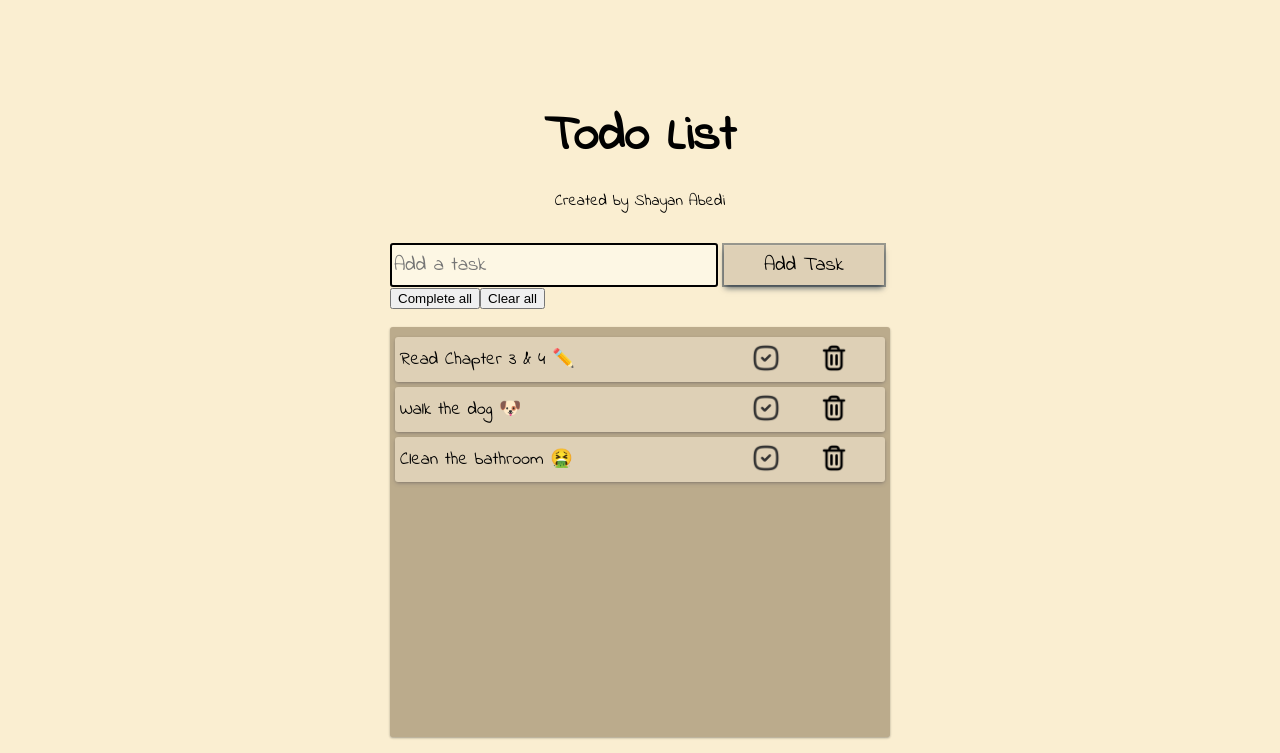
Repository: shayanabedi98/todo-list
Page: /
These files come from the project's save history. The page is drawn as it stood at one moment and after the next save; the edit follows.
The browser window is 1280 px wide. The pictures show the whole page.
The project was rebuilt for these pictures with package versions that can differ from the ones it lists, and the page was loaded fresh each time. Also part of the build but not shown: vite.config.js.

Above is the page before, as saved 2023-12-30 17:06:48.

### index.html
<!doctype html>
<html lang="en">
  <head>
    <meta charset="UTF-8" />
    <link rel="icon" type="image/svg+xml" href="./src/assets/pencil-svgrepo-com.png" />
    <meta name="viewport" content="width=device-width, initial-scale=1.0" />
    <link rel="preconnect" href="https://fonts.googleapis.com">
    <link rel="preconnect" href="https://fonts.gstatic.com" crossorigin>
    <link href="https://fonts.googleapis.com/css2?family=Indie+Flower&display=swap" rel="stylesheet">
    <title>Todo List</title>
  </head>
  <body>
    <div id="root"></div>
    <script type="module" src="/src/main.jsx"></script>
  </body>
</html>

### src/App.jsx
import { useState } from "react";
import { v4 as uuid } from "uuid";
import TodoList from "./TodoList";
import CreateTask from "./CreateTask";
import AffectAll from "./AffectAll";

function App() {
  const [list, setList] = useState([
    { id: uuid(), text: "Read Chapter 3 & 4 ✏️", completed: false },
    { id: uuid(), text: "Walk the dog 🐶", completed: false },
    { id: uuid(), text: "Clean the bathroom 🤮", completed: false },
  ]);
  const [input, setInput] = useState("");

  const addTask = () => {
    if (input.trim() !== "") {
      setList([...list, { id: uuid(), text: input, completed: false }]);
      setInput("");
    }
  };

  const handleChange = (event) => {
    setInput(event.target.value);
  };

  const handleDelete = (taskID) => {
    const newList = list.filter((task) => {
      return task.id !== taskID;
    });
    setList(newList);
  };

  const handleComplete = (taskID) => {
    const newList = list.map((task) => {
      if (task.id === taskID) {
        return { ...task, completed: !task.completed };
      } else {
        return task;
      }
    });
    setList(newList);
  };

  const clearAll = () => {
    setList([]);
  };

  const completeAll = () => {
    const isItCompleted = list.some((task) => !task.completed);
    const newList = list.map((task) => ({ ...task, completed: isItCompleted }));
    setList(newList)
  };

  return (
    <>
      <h1>Todo List</h1>
      <p>Created by Shayan Abedi</p>
      <CreateTask handleChange={handleChange} input={input} addTask={addTask} />
      <AffectAll clearAll={clearAll} completeAll={completeAll} />
      <TodoList
        list={list}
        handleDelete={handleDelete}
        handleComplete={handleComplete}
      />
    </>
  );
}

export default App;

### src/index.css
body {
  background-color: #FAEED1;
  font-family: 'Indie Flower', cursive;
}

h1 {
  font-size: 50px;
  margin-top: 100px;
  margin-bottom: 0;
  text-align: center;
}

.create-task {
  display: grid;
  place-items: center;
  align-content: center;
  grid-template-columns: 1fr 1fr;
  margin: 30px auto 0 auto;
}

.create-task input {
  background-color: #FDF7E4;
  border: 2px solid black;
  border-radius: 3px;
  font-size: 20px;
  height: 38px;
  width: 320px;
  font-family: 'Indie Flower', cursive;
}

.create-task button {
  background-color: #DED0B6;
  border: none;
  font-family: 'Indie Flower', cursive;
  height: 40px;
  width: 160px;
  font-size: 20px;
  box-shadow: rgba(6, 24, 44, 0.4) 0px 0px 0px 2px, rgba(6, 24, 44, 0.65) 0px 4px 6px -1px, rgba(255, 255, 255, 0.08) 0px 1px 0px inset;
  cursor: pointer;
}

.affect-all {}

.list ul {
 padding: 5px;
 box-shadow: rgba(0, 0, 0, 0.12) 0px 1px 3px, rgba(0, 0, 0, 0.24) 0px 1px 2px;
  border-radius: 3px;
  background-color: #BBAB8C;
  min-height: 400px;
}

.list li {
  list-style: none;
  display: grid;
  grid-template-columns: 1fr 0.2fr 0.2fr;
  background-color: #DED0B6;
  margin-top: 5px;
  margin-bottom: 5px;
  padding: 5px;
  box-shadow: rgba(50, 50, 93, 0.25) 0px 2px 5px -1px, rgba(0, 0, 0, 0.3) 0px 1px 3px -1px;
  border-radius: 3px;
  font-size: 18px;
  align-items: center;
}

p, h1, .create-task, .list, .affect-all {
  width: 500px;
  margin-left: auto;
  margin-right: auto;
}

.list button {
  background-color: #DED0B6;
  font-family: 'Indie Flower', cursive;
  height: 35px;
  width: 35px;
  margin: auto 2px;
  cursor: pointer;
  border: none;
  border-radius: 3px;
}

.list img {
  height: 30px;
}

p {
  text-align: center;
}

### src/TodoList.jsx
import React from "react";
import trash from "./assets/trash.png";
import check from "./assets/check.png";

const TodoList = ({ handleComplete, handleDelete, list }) => {
  const completedStyle = (condition) => {
    return condition
      ? {
          color: "grey",
          textDecoration: "line-through",
        }
      : {};
  };

  return (
    <div className="list">
      <ul>
        {list.map((task) => {
          return (
            <li key={task.id}>
              <span style={completedStyle(task.completed)}>{task.text}</span>
              <button id="complete" onClick={() => handleComplete(task.id)}>
                <img src={check} alt="checkmark button"/>
              </button>
              <button id="delete" onClick={() => handleDelete(task.id)}>
                <img src={trash} alt="delete button"/>
              </button>
            </li>
          );
        })}
      </ul>
    </div>
  );
};

export default TodoList;

### src/CreateTask.jsx
import React from "react";

const CreateTask = ({input, addTask, handleChange}) => {
  return (
    <div className="create-task">
      <input
        onKeyDown={(e) => e.key === 'Enter' && addTask()}
        placeholder="Add a task"
        type="text"
        onChange={handleChange}
        value={input}
      />
      <button onClick={addTask}>Add Task</button>
    </div>
  );
};

export default CreateTask;

### src/AffectAll.jsx
import React from "react";

const AffectAll = ({ clearAll, completeAll }) => {
  return (
    <div className="affect-all">
      <button onClick={completeAll}>Complete all</button>
      <button onClick={clearAll}>Clear all</button>
    </div>
  );
};

export default AffectAll;

Loaded but not shown: src/main.jsx (common file)

After the next save:
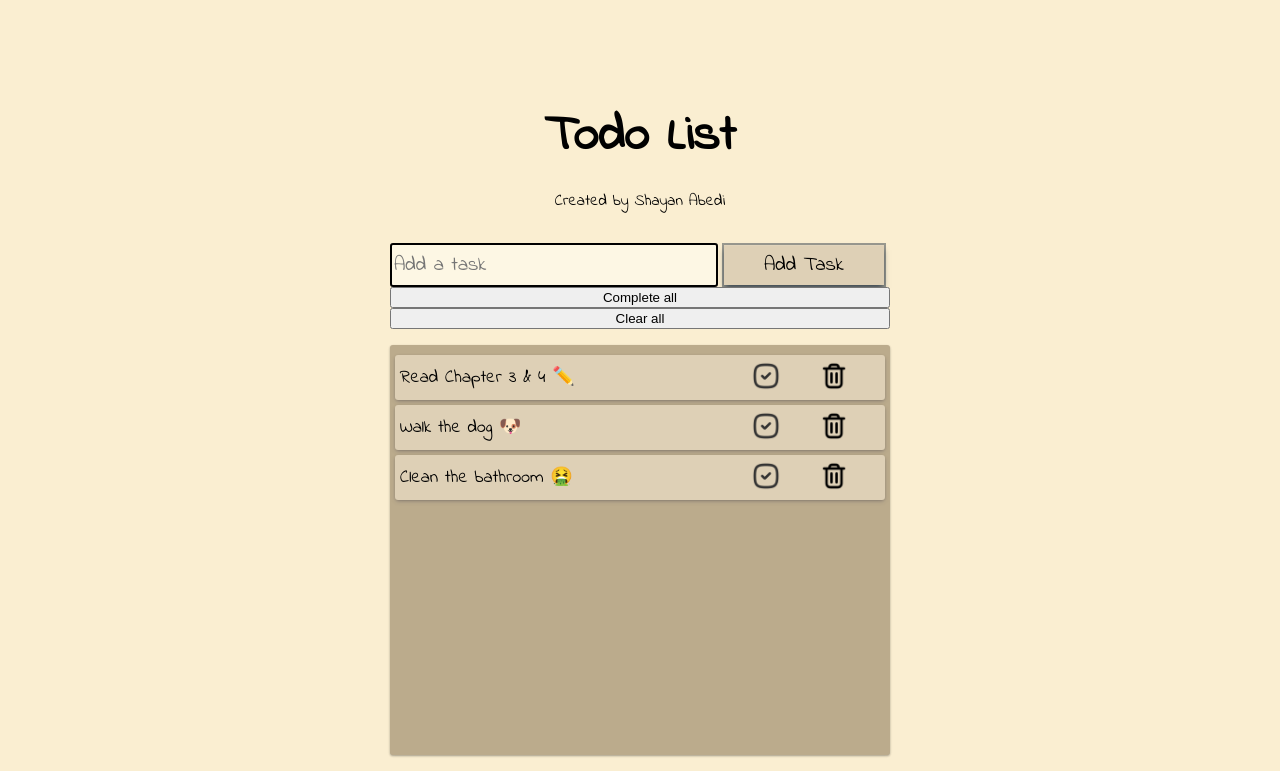
Saved 15 s later.
--- a/src/index.css
+++ b/src/index.css
@@ -39,7 +39,9 @@ h1 {
   cursor: pointer;
 }
 
-.affect-all {}
+.affect-all {
+  display: grid;
+}
 
 .list ul {
  padding: 5px;
